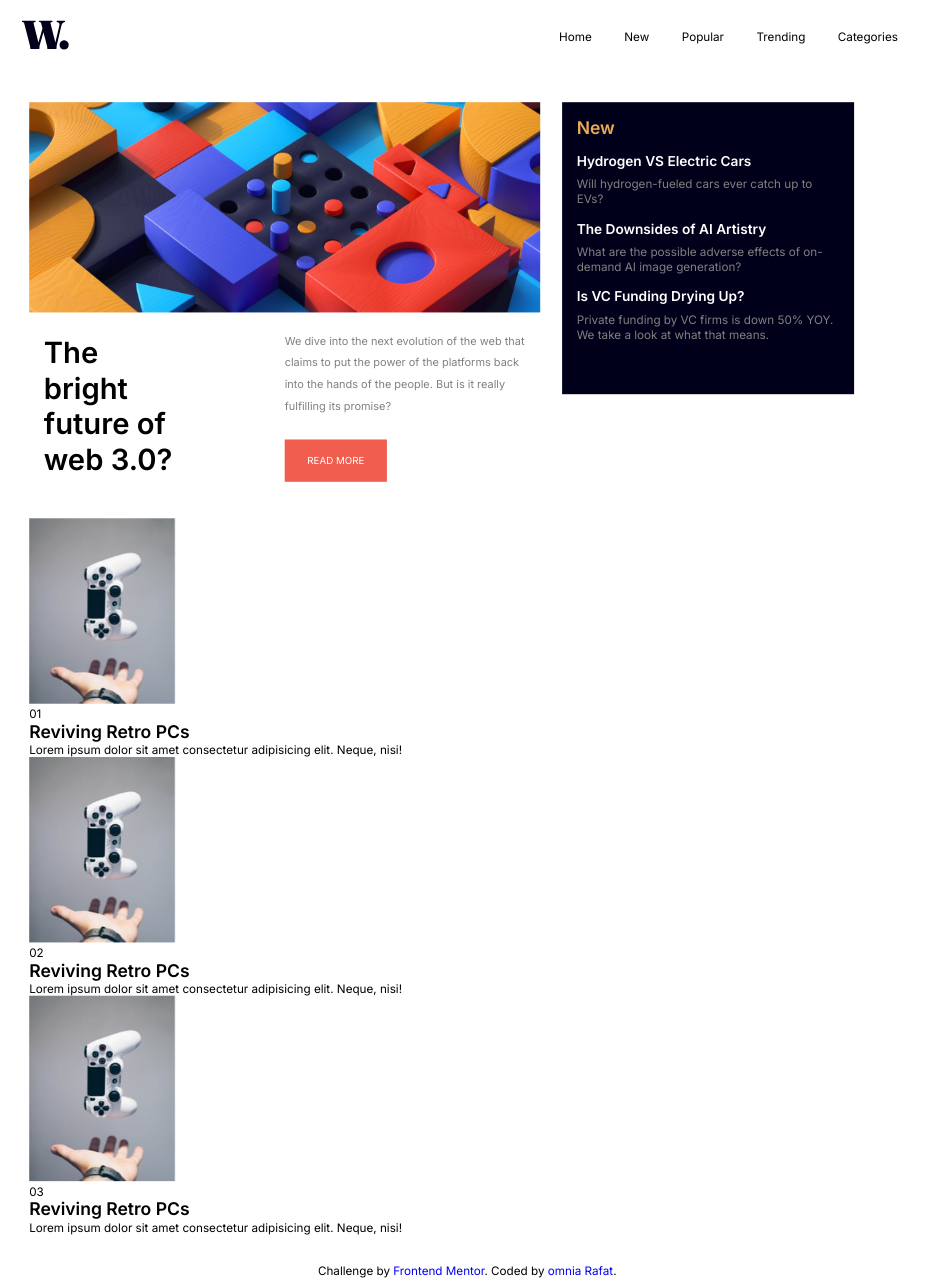
Repository: OmniaRafat232111121/HomePage
Page: index.html
These files come from the project's save history. The page is drawn as it stood at one moment and after a run of saves; the edit follows.
The browser window is 1280 px wide. The pictures show the whole page, at 73% of full size.

Above is the page before, as saved 2022-12-17 17:25:40.

After the next 5 saves:
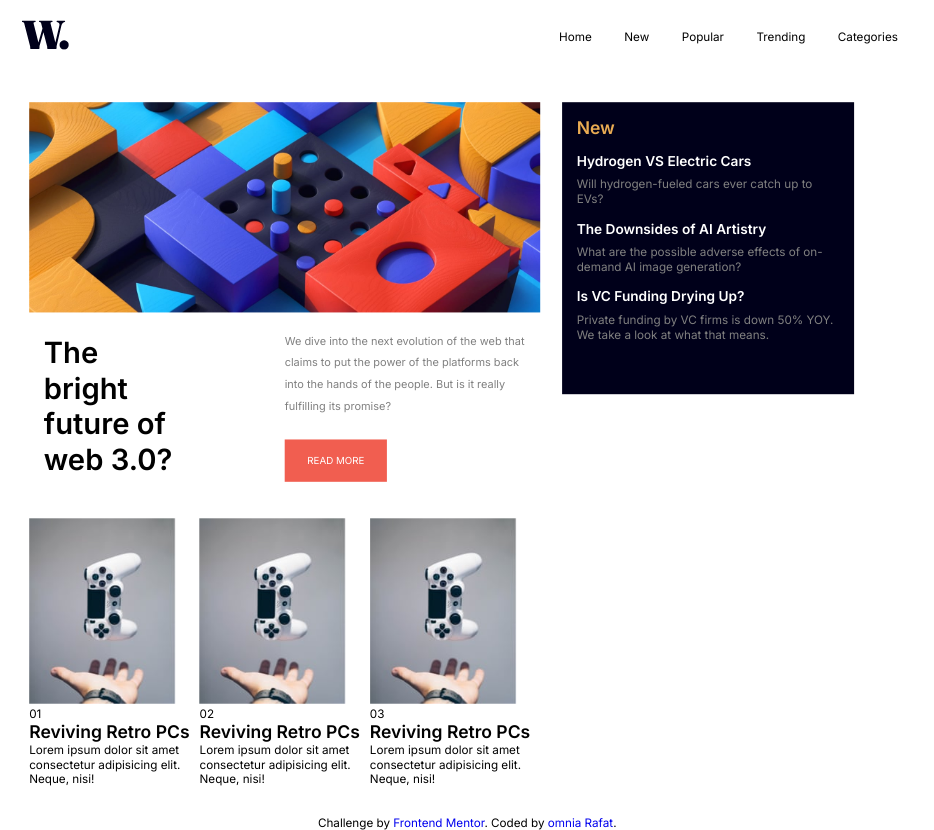
The 5 saves are shown as one change because they came seconds apart.
The last was saved 12 s later.
--- a/style.css
+++ b/style.css
@@ -106,5 +106,7 @@ background-color: #000;
     text-align: center;
 }
 .products{
-   display
+   display :flex;
+   align-items: center;
+   justify-content: space-between;
 }
